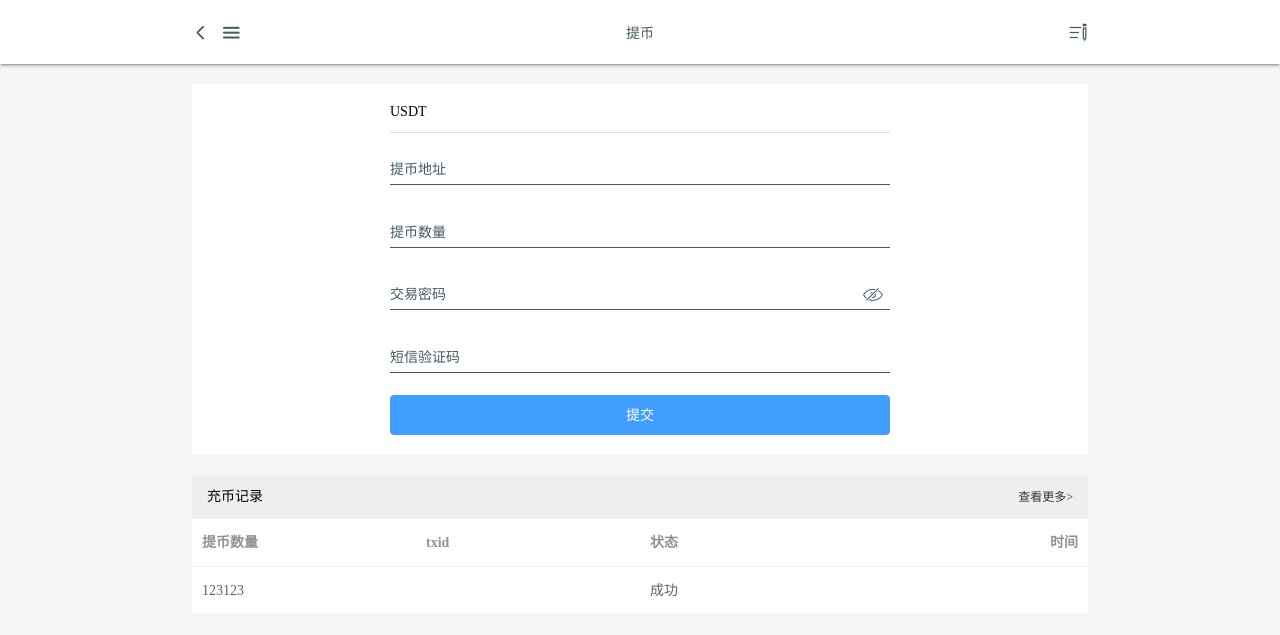
Repository: miyanshichen/ent
Page: /finance/withdraw
An editor plug-in stored every save of this project. The page is shown before and after the next save, followed by the edit.
The browser window is 1280 px wide. The pictures show the whole page.
The project was rebuilt for these pictures with package versions that can differ from the ones it lists, and the page was loaded fresh each time. Also part of the build but not shown: vue.config.js, src/assets/font/iconfont.js.

Above is the page before, as saved 2021-01-13 17:50:42.

After the next save:
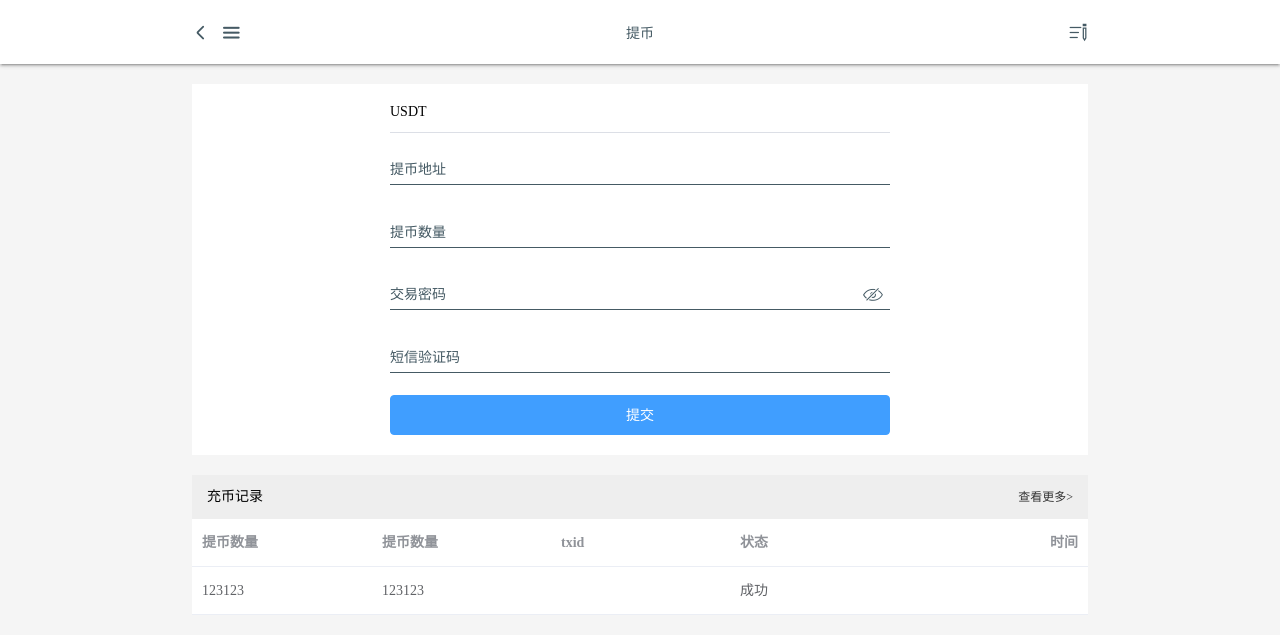
Saved 4 s later.
--- a/src/views/assets/withdraw.vue
+++ b/src/views/assets/withdraw.vue
@@ -44,6 +44,7 @@
               >
             </div>
             <el-table :data="logsData" stripe>
+              <el-table-column label="提币数量" prop="number"></el-table-column>
               <el-table-column label="提币数量" prop="number"></el-table-column>
               <el-table-column label="txid" prop="txid"></el-table-column>
               <el-table-column label="状态" prop="statusName"></el-table-column>
